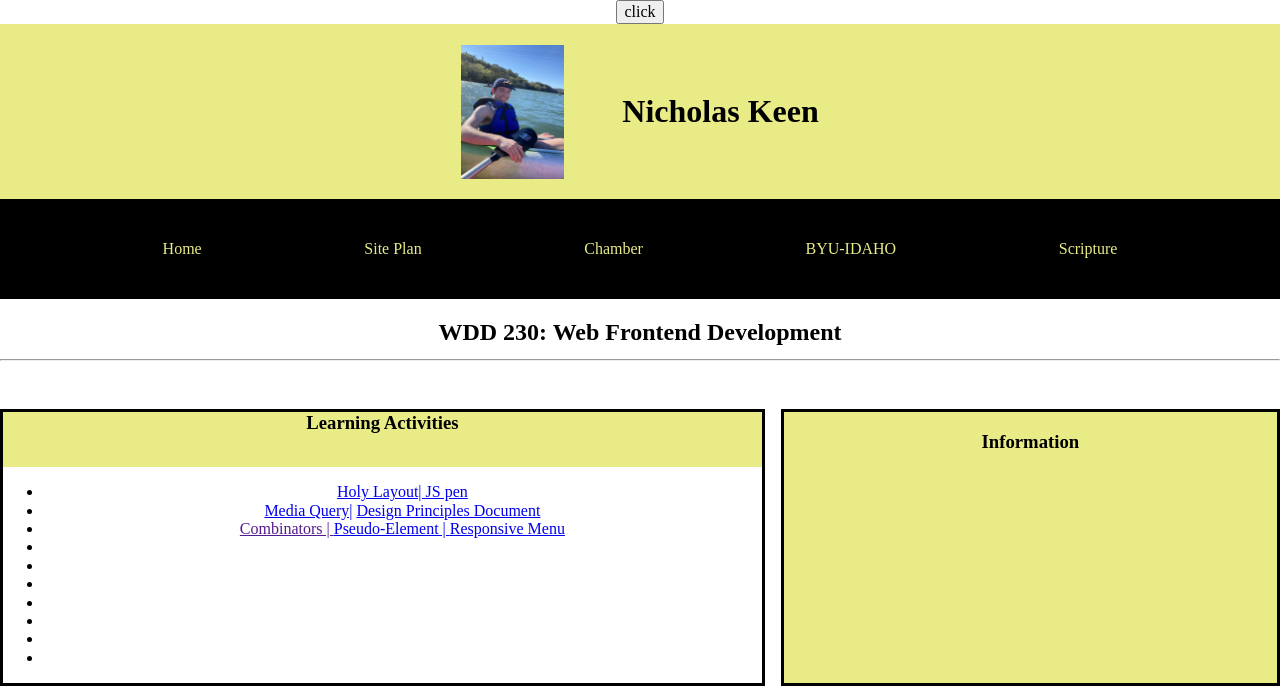
Repository: nak97/WDD230
Page: index.html
The author's editor kept a copy of each file at every save. The page is drawn from the files as they stood at one save, then again after the next save.
The browser window is 1280 px wide. The pictures show the part of the page from y = 0 to 686 px (the page is 1275 px tall).
Pictures or frames that could not be fetched are drawn as grey boxes. Some icons come from a web library that is not loaded, so they are not drawn. Some web libraries are served in a nearby version.

Above is the page before, as saved 2023-09-28 16:25:19.

After the next save:
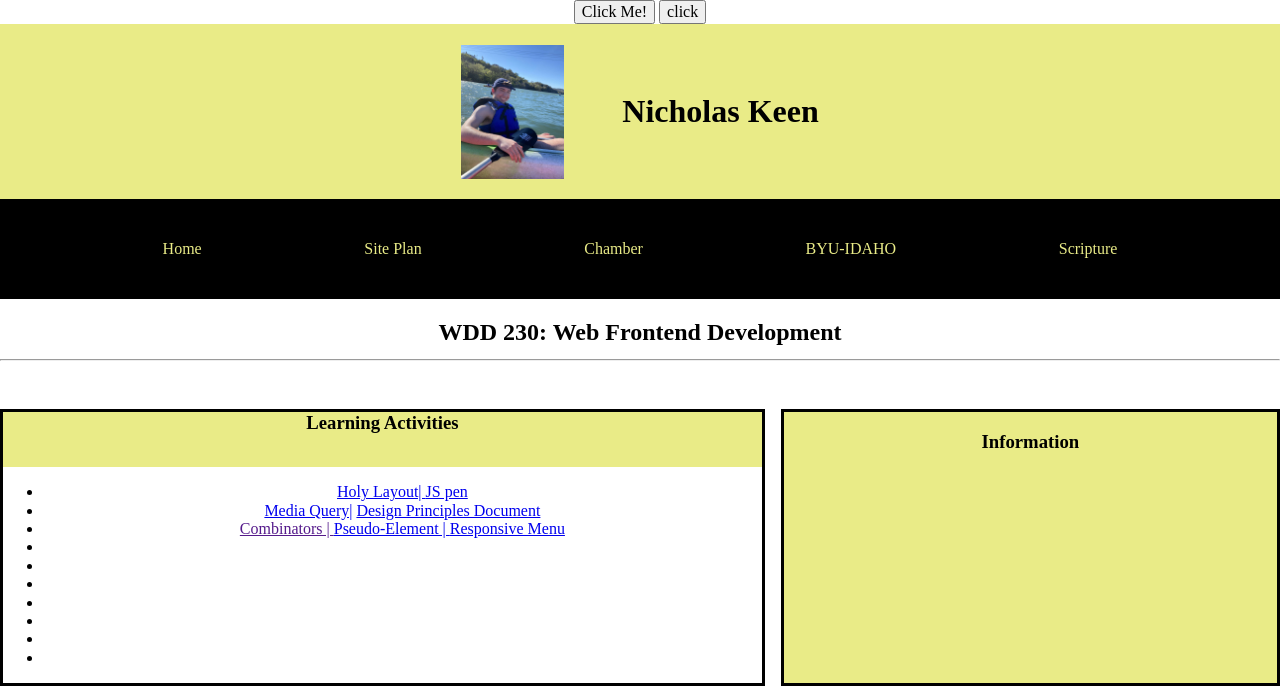
Saved 2 min 3 s later.
--- a/index.html
+++ b/index.html
@@ -16,6 +16,8 @@
   <meta property="og:image" content="images/facebook-meta-tag-pic.png" />
 </head>
 <body>
+  <button type="button" onclick="alert('Hello world!')">Click Me!</button>
+
   <button type="button"id = menu> click</i></button>
   <header>
     <img src="images/Snapchat-1695523002.jpg" alt="img">
